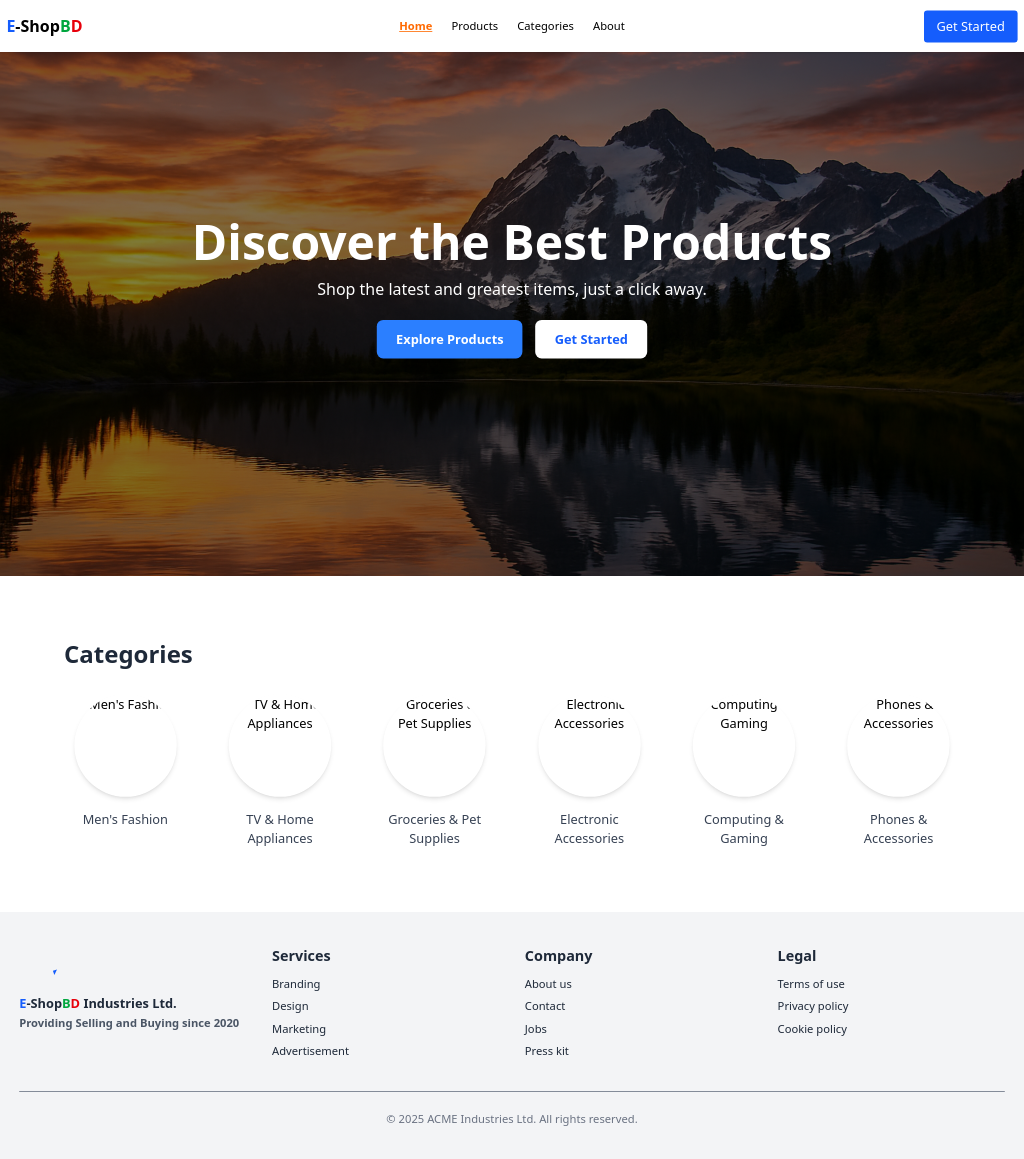
Repository: syedbayzid82849/E-shopBD
Page: /
The author's editor kept a copy of each file at every save. The page is drawn from the files as they stood at one save, then again after a run of saves.
The browser window is 1280 px wide. The pictures show the whole page, at 80% of full size.
The project was rebuilt for these pictures with package versions that can differ from the ones it lists, and the page was loaded fresh each time. The framework's server and built-in components were replaced by stand-ins that run in the browser. Also part of the build but not shown: next.config.mjs, src/app/page.module.css, src/app/layouts/page.js.

Above is the page before, as saved 2025-08-22 11:28:49.

After the next 4 saves:
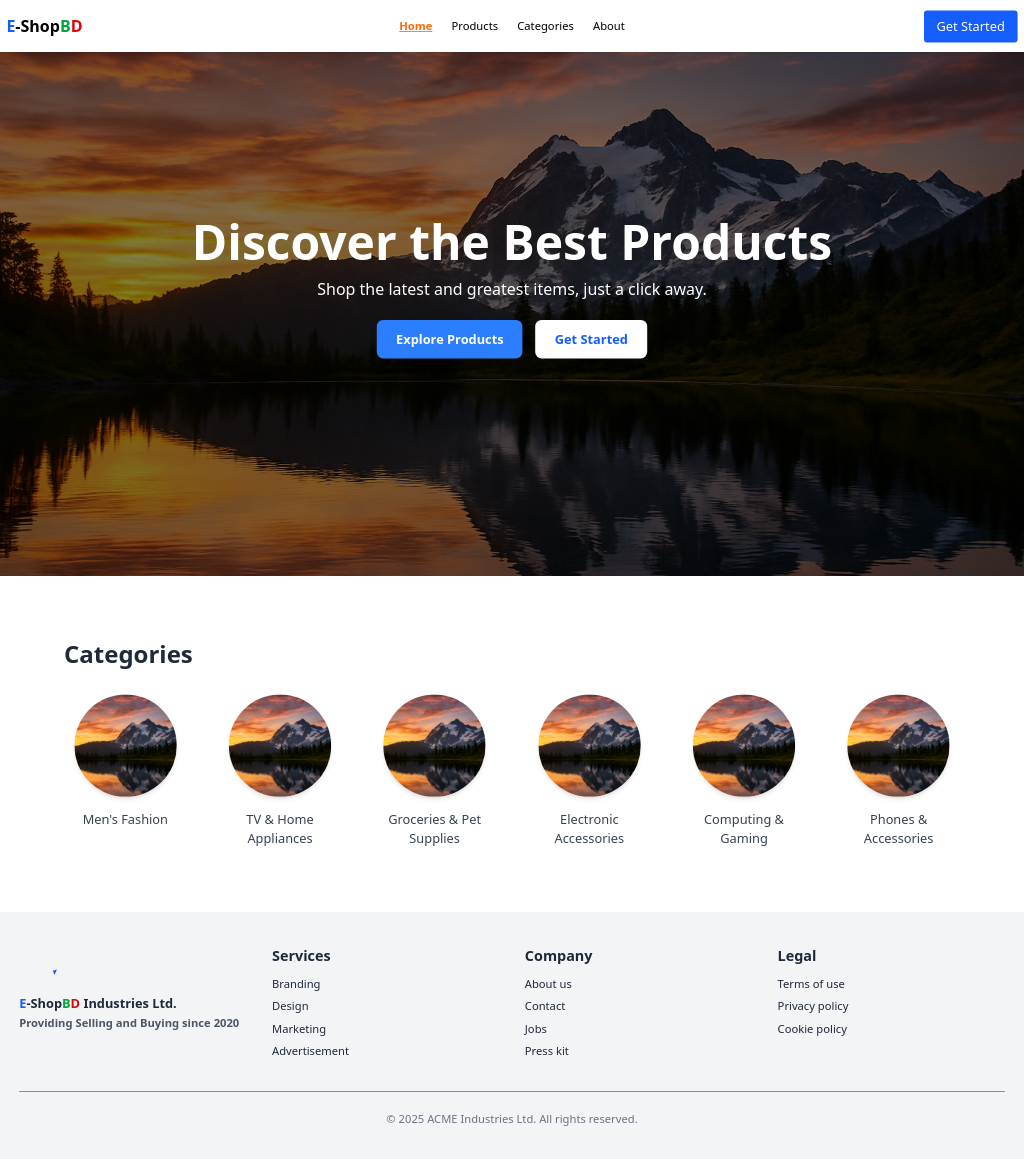
The 4 saves are shown as one change because they came seconds apart.
The last was saved 9 s later.
--- a/src/app/categories/page.jsx
+++ b/src/app/categories/page.jsx
@@ -43,7 +43,7 @@
             {/* ক্যাটাগরি আইকন ইমেজ */}
             <div className="w-24 h-24 sm:w-28 sm:h-28 md:w-32 md:h-32 rounded-full overflow-hidden mb-2 shadow-md hover:shadow-lg transition-shadow duration-300">
               <img
-                src='/'
+                src='/public/assets/bg-hero.png'
                 // src={category.image}
                 alt={category.name}
                 className="w-full h-full object-cover group-hover:scale-105 transition-transform duration-300"

After the save that followed:
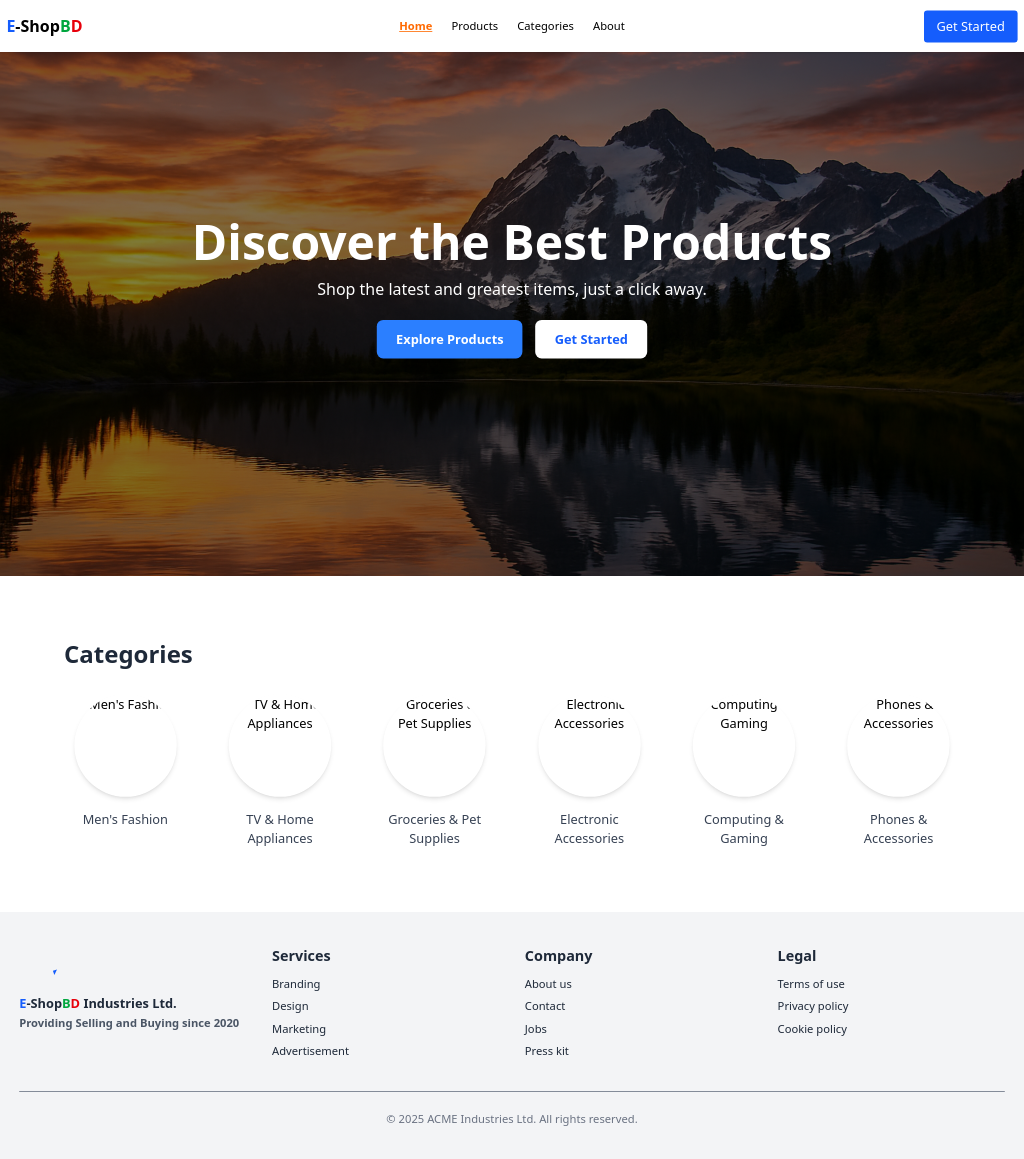
Saved 23 s later.
--- a/src/app/categories/page.jsx
+++ b/src/app/categories/page.jsx
@@ -43,7 +43,7 @@
             {/* ক্যাটাগরি আইকন ইমেজ */}
             <div className="w-24 h-24 sm:w-28 sm:h-28 md:w-32 md:h-32 rounded-full overflow-hidden mb-2 shadow-md hover:shadow-lg transition-shadow duration-300">
               <img
-                src='/public/assets/bg-hero.png'
+                src=''
                 // src={category.image}
                 alt={category.name}
                 className="w-full h-full object-cover group-hover:scale-105 transition-transform duration-300"
